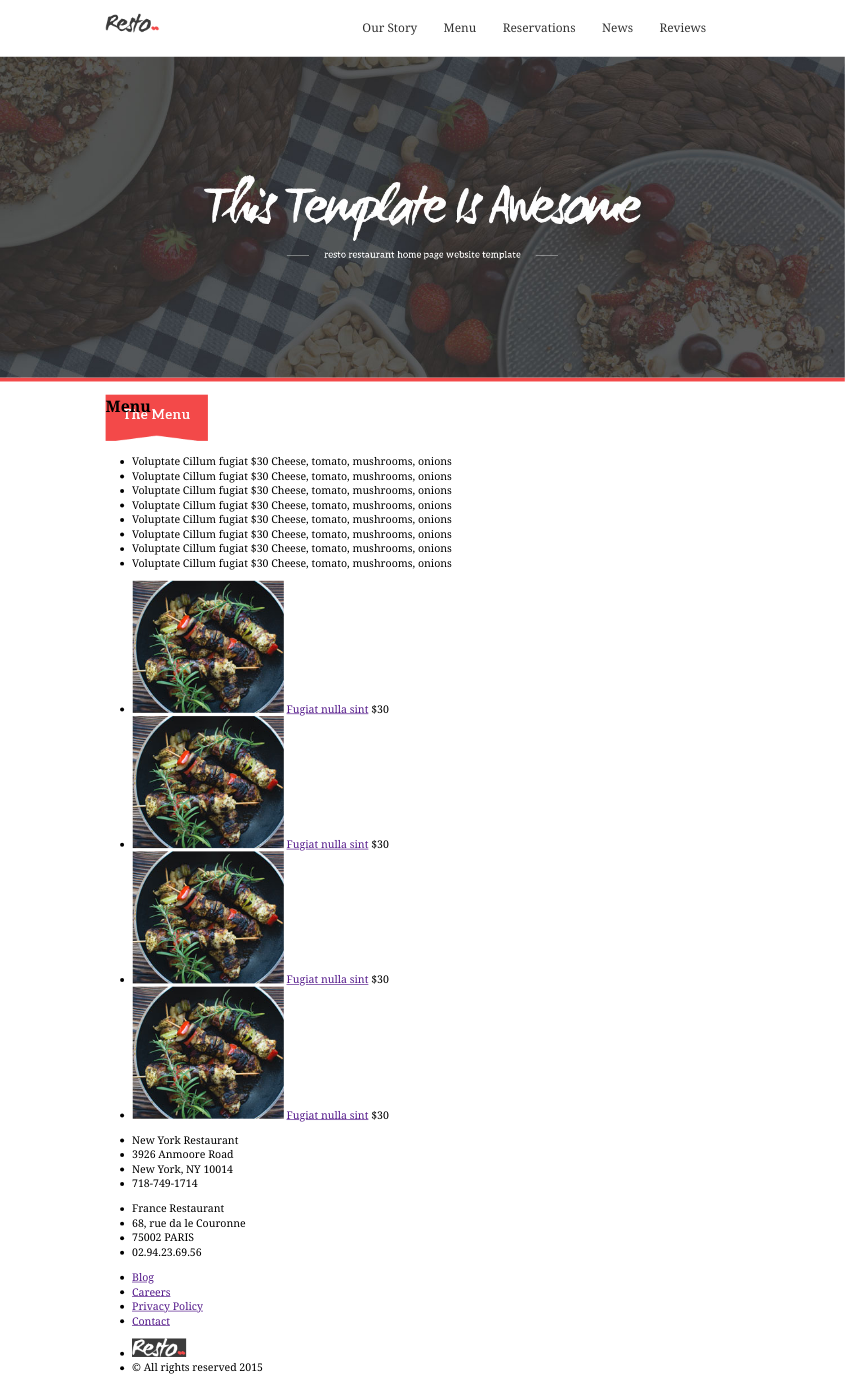
Repository: Piterwk1/psd-to-wordpress
Page: index.html
An editor plug-in stored every save of this project. The page is shown before and after the next save, followed by the edit.
The browser window is 1280 px wide. The pictures show the whole page, at 66% of full size.

Above is the page before, as saved 2021-09-23 00:52:40.

### index.html
<html lang="en">

<head>
    <meta charset="UTF-8">
    <meta http-equiv="X-UA-Compatible" content="IE=edge">
    <meta name="viewport" content="width=device-width, initial-scale=1.0">
    <title>Resto</title>
    <link rel="stylesheet" href="style.css">
</head>

<body>

    <header>
        <div class="wrapper" id="headerWrapper">
            <h1 class="logo">Rest</h1>
            <nav>
                <h2>Main Navigation</h2>
                <ul>
                    <li><a href="">Our Story</a></li>
                    <li><a href="">Menu</a></li>
                    <li><a href="">Reservations</a></li>
                    <li><a href="">News</a></li>
                    <li><a href="">Reviews</a></li>
                </ul>
            </nav>
        </div>
    </header>

    <!-- start homepage content -->

    <div id="main-banner">
        <img src="images/banner.jpg" alt="Welcome to Resto">
    </div>

    <div class="wrapper">
        <section id="home-menu">
            <h2>Menu</h2>
            <ul>
                <li>
                    <span class="dish">Voluptate Cillum fugiat</span>
                    <span class="price">$30</span>
                    <span class="description">Cheese, tomato, mushrooms, onions</span>
                </li>
                <li>
                    <span class="dish">Voluptate Cillum fugiat</span>
                    <span class="price">$30</span>
                    <span class="description">Cheese, tomato, mushrooms, onions</span>
                </li>
                <li>
                    <span class="dish">Voluptate Cillum fugiat</span>
                    <span class="price">$30</span>
                    <span class="description">Cheese, tomato, mushrooms, onions</span>
                </li>
                <li>
                    <span class="dish">Voluptate Cillum fugiat</span>
                    <span class="price">$30</span>
                    <span class="description">Cheese, tomato, mushrooms, onions</span>
                </li>
                <li>
                    <span class="dish">Voluptate Cillum fugiat</span>
                    <span class="price">$30</span>
                    <span class="description">Cheese, tomato, mushrooms, onions</span>
                </li>
                <li>
                    <span class="dish">Voluptate Cillum fugiat</span>
                    <span class="price">$30</span>
                    <span class="description">Cheese, tomato, mushrooms, onions</span>
                </li>
                <li>
                    <span class="dish">Voluptate Cillum fugiat</span>
                    <span class="price">$30</span>
                    <span class="description">Cheese, tomato, mushrooms, onions</span>
                </li>
                <li>
                    <span class="dish">Voluptate Cillum fugiat</span>
                    <span class="price">$30</span>
                    <span class="description">Cheese, tomato, mushrooms, onions</span>
                </li>
            </ul>
        </section>

        <section id="featured">
            <ul>
                <li>
                    <img src="images/thumb-1.jpg">
                    <a href="">Fugiat nulla sint</a>
                    <span>$30</span>
                    <span class="rating"></span>
                </li>
                <li>
                    <img src="images/thumb-1.jpg">
                    <a href="">Fugiat nulla sint</a>
                    <span>$30</span>
                    <span class="rating"></span>
                </li>
                <li>
                    <img src="images/thumb-1.jpg">
                    <a href="">Fugiat nulla sint</a>
                    <span>$30</span>
                    <span class="rating"></span>
                </li>
                <li>
                    <img src="images/thumb-1.jpg">
                    <a href="">Fugiat nulla sint</a>
                    <span>$30</span>
                    <span class="rating"></span>
                </li>
            </ul>
        </section>
    </div>

    <!-- end homepage content -->

    <footer>
        <div class="wrapper">
            <ul>
                <li>New York Restaurant</li>
                <li>3926 Anmoore Road</li>
                <li>New York, NY 10014</li>
                <li>718-749-1714</li>
            </ul>
            <ul>
                <li>France Restaurant</li>
                <li>68, rue da le Couronne</li>
                <li>75002 PARIS</li>
                <li>02.94.23.69.56</li>
            </ul>
            <ul>
                <li><a href="">Blog</a></li>
                <li><a href="">Careers</a></li>
                <li><a href="">Privacy Policy</a></li>
                <li><a href="">Contact</a></li>
            </ul>
            <ul>
                <li><img src="images/white-logo.png" alt="logo"></li>
                <li>&copy; All rights reserved 2015</li>

            </ul>
        </div>
    </footer>
</body>

</html>

### style.css
body {
    font-family: Georgia, 'Times New Roman', Times, serif;
    margin: 0;
}

.wrapper {
    width: 100%;
    max-width: 960px;
    /* max-width: 1180px; */
    padding: 0 10px;
    margin:  0 auto;
}

h1.logo {
    background-image: url(images/logo.png);
    background-repeat: no-repeat;
    width: 100px;
    text-indent: -10000px;
}

#headerWrapper {
    display: flex;
    justify-content: space-between;
    width: 100%;
}

nav {

  margin-right: 10px;

}

#headerWrapper nav h2 {
    text-indent: -100000px;
    height: 0;
    margin: 0;
}

#headerWrapper nav ul {
   display: flex;
   justify-content: space-evenly;
   list-style-type:  none;
   margin: 10px 20px;
}
#headerWrapper nav li {

   margin: 20px 20px;
}
#headerWrapper nav li a{
   text-decoration: none;
   color: #333;
   font-size: 18px;
}
#headerWrapper nav li a:hover{
   color: blue;
}

#main-banner, #main-banner img{
    width: 100%;
}

#main-banner img {
    border-bottom: 6px solid #f34949;
}

#home-menu h2 {
    background-image: url(images/menu-head.png);
    background-repeat: no-repeat;
    width: 156px;
    height: 70px;
}

After the next save:
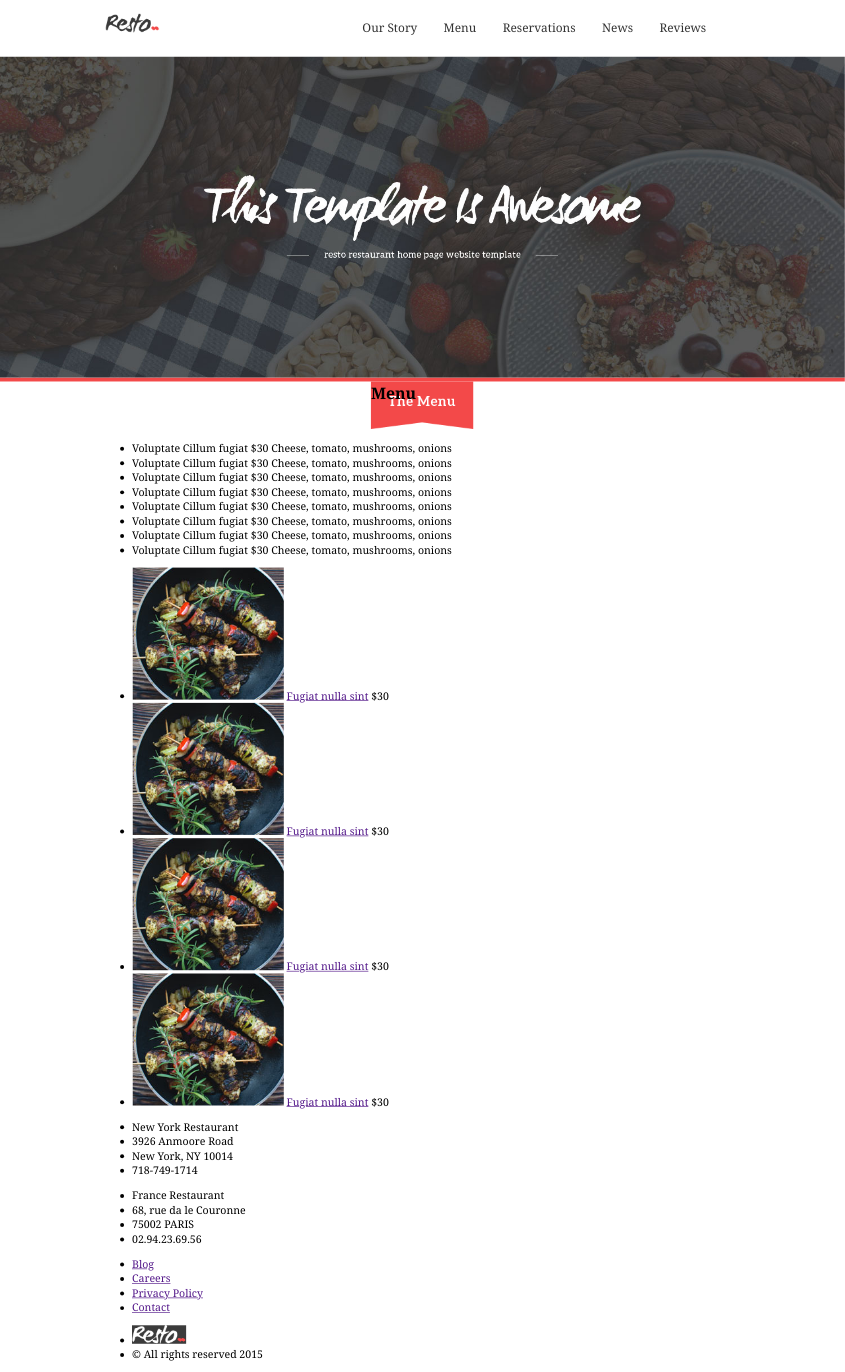
Saved 33 s later.
--- a/style.css
+++ b/style.css
@@ -67,5 +67,6 @@ nav {
     background-image: url(images/menu-head.png);
     background-repeat: no-repeat;
     width: 156px;
-    height: 70px;
+    height: 74px;
+    margin: 0 auto;
 }
